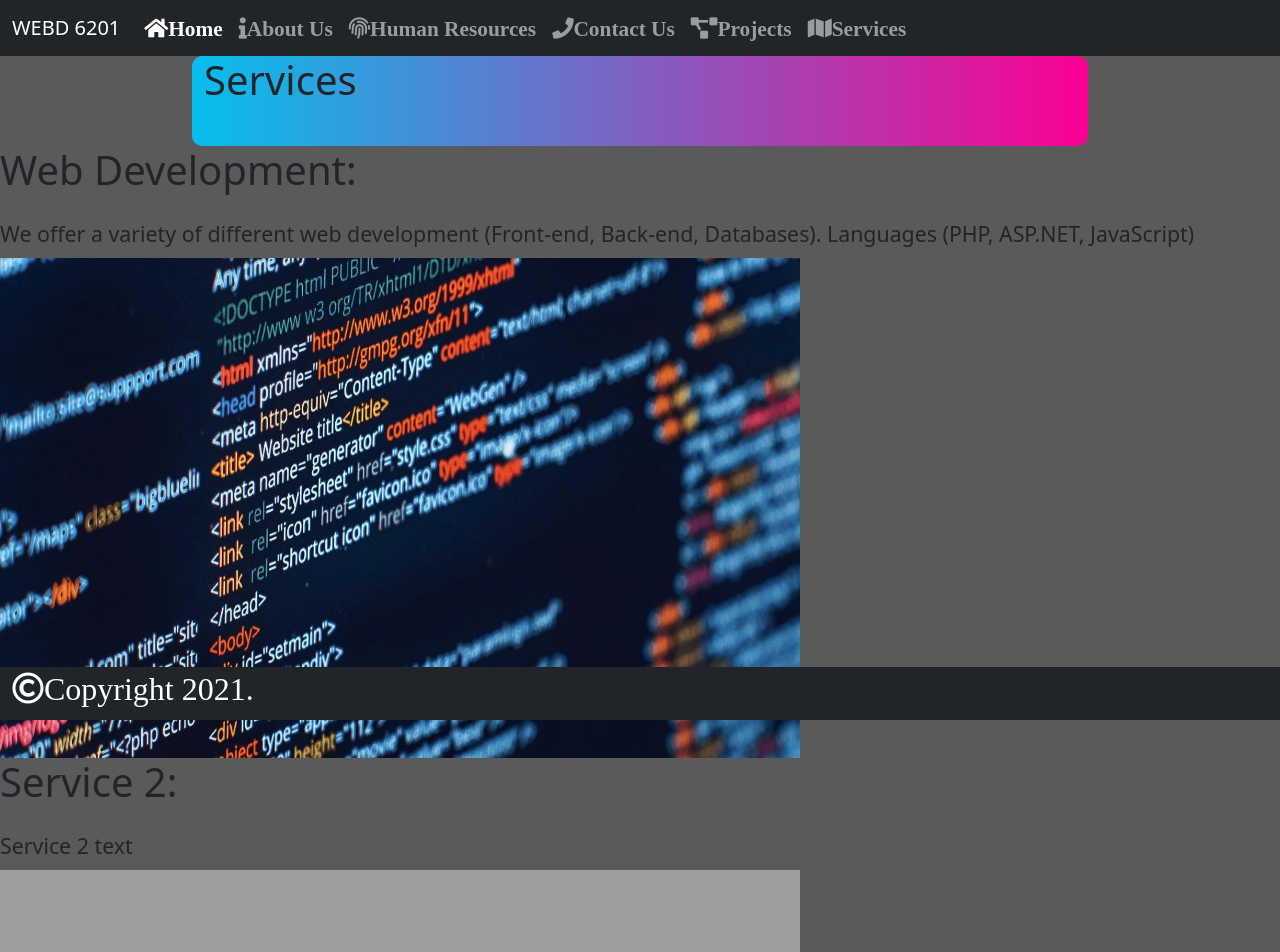
Repository: vans12345678/WEBD6201-W2021-Lab1
Page: services.html
These files come from the project's save history. The page is drawn as it stood at one moment and after the next save; the edit follows.
The browser window is 1280 px wide. The pictures show the part of the page from y = 0 to 952 px (the page is 1982 px tall).
Pictures or frames that could not be fetched are drawn as grey boxes.

Above is the page before, as saved 2021-02-02 14:59:29.

### services.html
<!DOCTYPE html>
<html lang="en">
<head>
    <meta charset="UTF-8">
    <meta name="viewport" content="width=device-width, initial-scale=1.0">
    <title>Services</title>

    <!-- CSS Section -->
    <link rel="stylesheet" href="./node_modules/bootstrap/dist/css/bootstrap.min.css">
    <link rel="stylesheet" href="./node_modules/@fortawesome/fontawesome-free/css/all.min.css">
    <link rel="stylesheet" href="./Content/app.css">
</head>
<body>
  <!-- Main Header -->
    <header>
      <!-- Main Navigation -->
        <nav class="navbar navbar-expand-lg navbar-dark bg-dark">
            <div class="container-fluid">
              <a id ="navHome" class="navbar-brand" href="index.html"></a>
              <button class="navbar-toggler" type="button" data-bs-toggle="collapse" data-bs-target="#navbarSupportedContent" aria-controls="navbarSupportedContent" aria-expanded="false" aria-label="Toggle navigation">
                <span class="navbar-toggler-icon"></span>
              </button>
              <div class="collapse navbar-collapse" id="navbarSupportedContent">
                <ul class="navbar-nav me-auto mb-2 mb-lg-0">
                  <li class="nav-item">
                    <a id = "navIndex" class="nav-link active fas fa-home fa-lg" aria-current="page" href="index.html"></a>
                  </li>
                  <li class="nav-item">
                    <a id = "navAbout" class="nav-link fas fa-info fa-lg" aria-current="page" href="about.html"></a>
                  </li>
                  <li class="nav-item">
                    <a id = "navHumanResources" class="nav-link fas fa-fingerprint fa-lg" aria-current="page" href="human-resources.html"></a>
                  </li>
                  <li class="nav-item">
                    <a id = "navContact" class="nav-link fas fa-phone fa-lg" aria-current="page" href="contact.html"></a>
                  </li>
                  <li class="nav-item">
                    <a id = "navProjects" class="nav-link fas fa-project-diagram fa-lg" aria-current="page" href="projects.html"></a>
                  </li>
                  <li class="nav-item">
                    <a id = "navServices" class="nav-link fas fa-map fa-lg" aria-current="page" href="services.html"></a>
                  </li>
                </ul>
              </div>
            </div>
          </nav>
    </header>
  <!-- Main Contents -->
    <main>
        <h1 class = "container">Services</h1>
        <h1 id="s1Header"></h1>
        </br>
        <p id="s1Description" class = "fa-lg"></p>
        <img src="../images/s1.JPG" alt="" style="width:800px;height:500px;">
        </br>
        <h1 id="s2Header"></h1>
        </br>
        <p id="s2Description" class = "fa-lg"></p>
        <img src="../images/s2.JPG" alt="" style="width:800px;height:500px;">
        </br>
        <h1 id="s3Header"></h1>
        </br>
        <p id="s3Description" class = "fa-lg"></p>
        <img src="../images/s3.JPG" alt="" style="width:800px;height:500px;">
        </br>
    </main>
    <!-- Main Footer -->
    <footer>
      <nav class="navbar fixed-bottom navbar-dark bg-dark">
          <div class="container-fluid">
              <h4><i class="far fa-copyright fa-lg site-footer">Copyright 2021.</i></h4>
          </div>
        </nav>
  </footer>
    <!-- Script Section -->
    <script src="./node_modules/jquery/dist/jquery.min.js"></script>
    <script src="./node_modules/bootstrap/dist/js/bootstrap.bundle.min.js"></script>
    <script src="./Scripts/app.js"></script>
</body>
</html>

### Content/app.css
/* custom css goes here */
.Vapor {
    background-image: url('../images/vapor.jpg');
    background-repeat: no-repeat;
    background-attachment: fixed;
    background-size: 100% 100%;
  }
  body
  {
    background-color: rgb(90, 90, 90);
  }
  h1.container{
    border-radius: 10px;
    width: 70%;
    height: 90px;
    margin: 0px auto;
    background: linear-gradient(90deg,#06bfee,#fb0093)
  }
  h1.projects{
    background-color: white;
  }
  .contact-table{
    width: 100%;
    margin:  50px auto;
    background-color: white;
  }
  .contact-form
  {
    width: 100%;
    margin:  100px auto;
  }
  .warnMessage
  {
    width: 90%;
    margin:  50px;
  }
  .site-footer {
    color:white;
  }

### Scripts/app.js
/************************************************************
 * Name: Andre Agrippa, Michai Pryce
 * Date: 01/20/2021
 * Description: This file adds functionality to the Home,
 * About Us, Human Resources, Contact Us, Projects and Services
 * pages.
 * Date Completed:
 */

"use strict";


(function(){

    function DisplayNav()
    {
        let navTextElement = document.getElementById("navHome").textContent = "WEBD 6201";
        navTextElement = document.getElementById("navIndex").textContent = "Home";
        navTextElement = document.getElementById("navAbout").textContent = "About Us";
        navTextElement = document.getElementById("navHumanResources").textContent = "Human Resources";
        navTextElement = document.getElementById("navContact").textContent = "Contact Us";
        navTextElement = document.getElementById("navProjects").textContent = "Projects";
        navTextElement = document.getElementById("navServices").textContent = "Services";
    }

    function displayHome()
    {
        DisplayNav();
        let introText = "This is a simple site to demonstrate the specified requirements for Lab 1 WEBD 6201 - Client Side Scripting";
        let titleText = "Welcome to WEBD 6201";

        let introTextElement = document.getElementById("introParagraph").textContent = introText;
        introTextElement = document.getElementById("title").textContent = titleText;


        mainContent.innerHTML =
        `<h1 id = "firstHeading">Welcome to WEBD6201 - Lab 1</h1>
        <p id = "paragraphOne" class = "fs-3 fw-bold">This is my first paragraph</p>
        `;

    }
    function displayAbout()
    {
        DisplayNav();
        let andreHeader = "Andre Agrippa:";
        let andreText = "I'm a 2nd year student at Durham College in the Computer Programming and Analysis program.";

        //Projects 1
        let headerElement = document.getElementById("aboutAHeader").textContent = andreHeader;
        let descriptionElement = document.getElementById("aboutAText").textContent = andreText;

        headerElement = document.getElementById("aboutMHeader").textContent = "Michai Header";
        descriptionElement = document.getElementById("aboutMText").textContent = "Michai Description";



    }
    function displayProjects()
    {
        DisplayNav();
        //Define text and id's
        let p1Text = "Project One: COBOL Item List";
        let p2Text = "Project Two: C#, XAML, MDF  Preferred Shares and Common Shares";
        let p3Text = "Project Three: ASP.NET and MVC Framework Animal Shelter";
        let p1Description = "This project reads records from a .dat file, performs calculations on the data" +
        " then outputs it to a .out file neatly formatted.";
        let p2Description = "This project uses XAML for the windows form and a database to keep track of common and preferred shares." +
        " The database keeps track of how many shares(common/preferred) are  available and validation is applied.";
        let p3Description = "This project is a web application that keeps track of animals, owners, appointment and login info in a database." +
        " Relational database concepts are applied.";

        //Projects 1
        let projectsTextElement = document.getElementById("p1").textContent = p1Text;
        let p1DescriptionElement = document.getElementById("p1Description").textContent = p1Description;

        //Projects 2
        projectsTextElement = document.getElementById("p2").textContent = p2Text;
        p1DescriptionElement = document.getElementById("p2Description").textContent = p2Description;
        //Projects 3
        projectsTextElement = document.getElementById("p3").textContent = p3Text;
        p1DescriptionElement = document.getElementById("p3Description").textContent = p3Description;


        //Assign styles



    }
    function displayServices()
    {
        DisplayNav();
        let s1Header = "Web Development:";
        let s1Text = "We offer a variety of different web development (Front-end, Back-end, Databases). Languages (PHP, ASP.NET, JavaScript)";
        let s2Header = "Service 2:";
        let s2Text = "Service 2 text";
        let s3Header = "Service 3:";
        let s3Text = "Service 3 text";

        //Services 1
        let headerElement = document.getElementById("s1Header").textContent = s1Header;
        let descriptionElement = document.getElementById("s1Description").textContent = s1Text;

        //Service 2
        headerElement = document.getElementById("s2Header").textContent = s2Header;
        descriptionElement = document.getElementById("s2Description").textContent = s2Text;

        //Service 3
        headerElement = document.getElementById("s3Header").textContent = s3Header;
        descriptionElement = document.getElementById("s3Description").textContent = s3Text;


    }
    function displayContact()
    {
        DisplayNav();

        let messageArea = document.getElementById("messageArea");
        messageArea.hidden = true;

        //form validation
        let fullName = document.getElementById("fullName");
        fullName.addEventListener("blur", function()
        {
            if(fullName.value.length < 2)
            {
                fullName.focus();
                fullName.select();
                messageArea.hidden = false;
                messageArea.className = "alert alert-danger warnMessage";
                messageArea.textContent = "Please enter an appropriate name > 2 characters";
            }
            else
            {
                messageArea.removeAttribute("class");
                messageArea.hidden = true;
            }
        });
            let sendButton = document.getElementById("sendButton");
            sendButton.addEventListener("click", function(event)
            {
                //event.preventDefault();
                // //Displays twice?

                let contact = new Contact(fullName.value,contactNumber.value, emailAddress.value, shortMessage.value);

                console.log(contact.serialize());
                if(contact.serialize())
                {
                    localStorage.setItem((localStorage.length + 1).toString(),contact.serialize());
                }
            });
    }
    function displayContactList()
    {
        DisplayNav();
        if(localStorage.length > 0)
        {
            let contactList = document.getElementById("contactList");
            let data = "";

            for (let index = 0; index < localStorage.length; index++)
            {
                let contactData = localStorage.getItem((index + 1).toString());
                let contact = new Contact();

                contact.deserialize(contactData);

                data += `<tr>
                <th scope="row">${index + 1}</th>
                <td>${contact.FullName}</td>
                <td>${contact.ContactNumber}</td>
                <td>${contact.EmailAddress}</td>
                <td>${contact.ShortMessage}</td>
              </tr>`;
            }
            contactList.innerHTML = data;
        }

    }
    function displayHumanResources()
    {
        DisplayNav();
    }

    function Start()
    {
        console.log("App Started...");

        //Based of title of html
        switch(document.title)
        {
            case "Index":
                displayHome();
                break;
            case "About Us":
                displayAbout();
                break;
            case "Projects":
                displayProjects();
                break;
            case "Services":
                displayServices();
                break;
            case "Contact Us":
                displayContact();
                break;
            case "Contact-List":
                displayContactList();
                break;
            case "Human Resources":
                displayHumanResources();
                break;
        }


    }

    window.addEventListener("load", Start);

})();

Loaded but not shown: node_modules/bootstrap/dist/css/bootstrap.min.css (library); node_modules/@fortawesome/fontawesome-free/css/all.min.css (library); node_modules/jquery/dist/jquery.min.js (library); node_modules/bootstrap/dist/js/bootstrap.bundle.min.js (library)

After the next save:
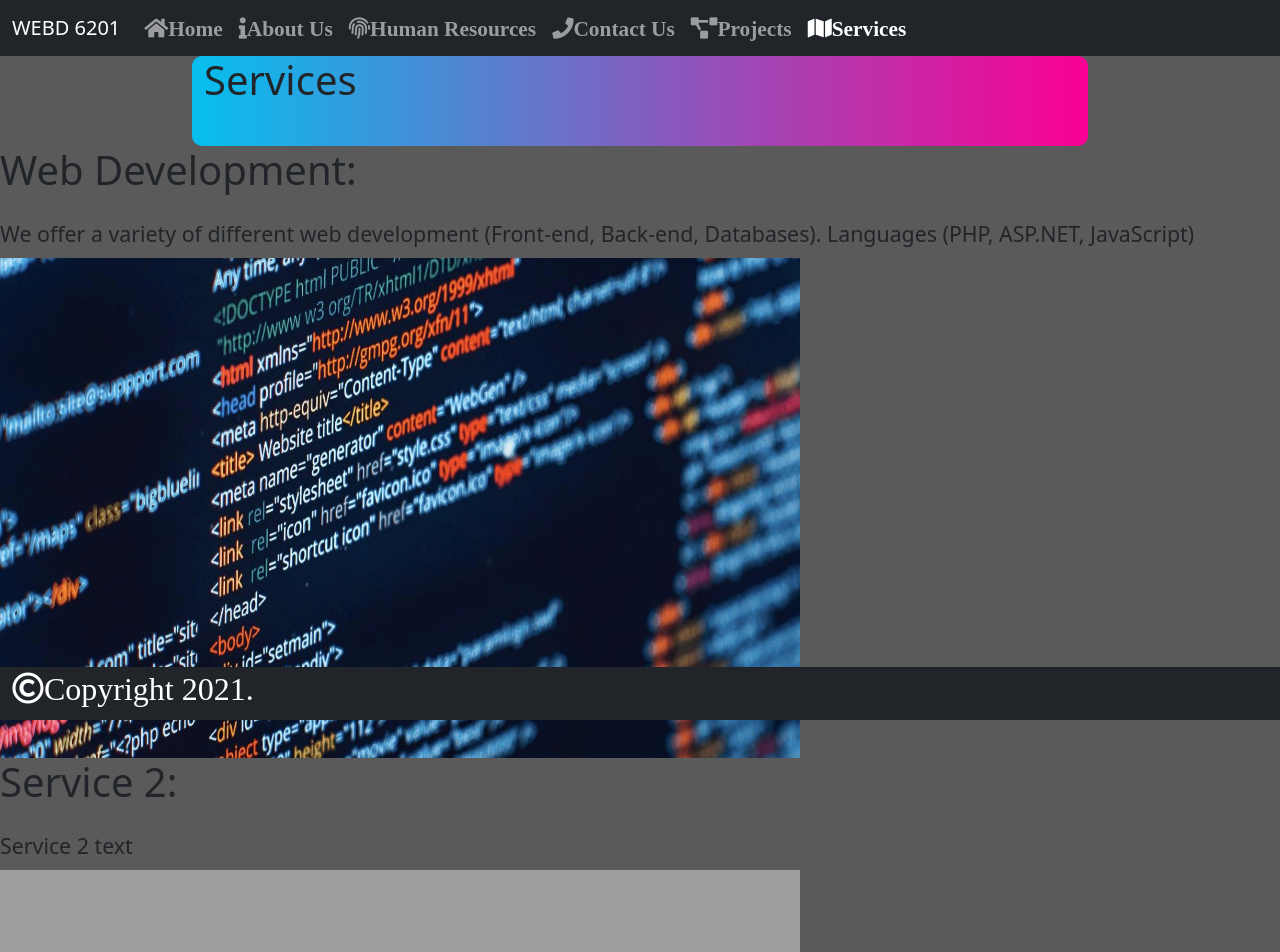
Saved 8 s later.
--- a/services.html
+++ b/services.html
@@ -23,7 +23,7 @@
               <div class="collapse navbar-collapse" id="navbarSupportedContent">
                 <ul class="navbar-nav me-auto mb-2 mb-lg-0">
                   <li class="nav-item">
-                    <a id = "navIndex" class="nav-link active fas fa-home fa-lg" aria-current="page" href="index.html"></a>
+                    <a id = "navIndex" class="nav-link fas fa-home fa-lg" aria-current="page" href="index.html"></a>
                   </li>
                   <li class="nav-item">
                     <a id = "navAbout" class="nav-link fas fa-info fa-lg" aria-current="page" href="about.html"></a>
@@ -38,7 +38,7 @@
                     <a id = "navProjects" class="nav-link fas fa-project-diagram fa-lg" aria-current="page" href="projects.html"></a>
                   </li>
                   <li class="nav-item">
-                    <a id = "navServices" class="nav-link fas fa-map fa-lg" aria-current="page" href="services.html"></a>
+                    <a id = "navServices" class="nav-link active fas fa-map fa-lg" aria-current="page" href="services.html"></a>
                   </li>
                 </ul>
               </div>
